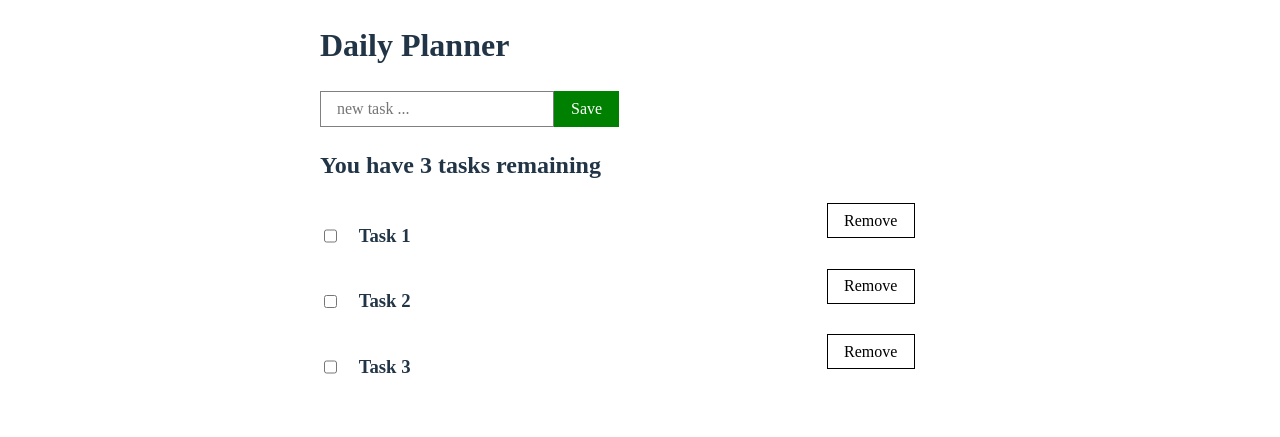
Repository: SamanthaYan298/my_planner
Page: /
The author's editor kept a copy of each file at every save. The page is drawn from the files as they stood at one save, then again after the next save.
The browser window is 1280 px wide. The pictures show the whole page.
The project was rebuilt for these pictures with package versions that can differ from the ones it lists, and the page was loaded fresh each time. Also part of the build but not shown: vite.config.js.

Above is the page before, as saved 2024-10-08 00:55:23.

### src/App.jsx
import { useState } from 'react'
import './App.css'

const data = [
  {
    id: 1,
    title: 'Task 1',
    checked: false
  },
  {
    id: 2,
    title: 'Task 2',
    checked: false
  },
  {
    id: 3,
    title: 'Task 3',
    checked: false // set default display as none
  }
]

function App() {

  const [tasks, setTasks] = useState(""); // hold the current list of tasks and update the tasks.
  const [addTask, setAddTask] = useState(data);
  const currentTasks = addTask.filter(task => !task.checked).length;

  function handleChange(e) {
    setTasks(e.target.value);
  }

  function handleAddTask(e) {
    e.preventDefault();
    // helps ensure that users only add text-format tasks, not whitespace.
    if(tasks.trim()) {
      setAddTask([...addTask, {id: addTask.length + 1, title: tasks}]);
      setTasks(''); // clear the input after adding new tasks.
    }
  }

  function handleDelete(taskId) {
    setAddTask(addTask.filter(task => task.id !== taskId)); // filter tasks by their Ids.
  }

  function toggleChecked(id) {
    setAddTask(addTask.map(task =>
      task.id === id ? {...task, checked: !task.checked} : task
    ));
  }

  return (
    <>
      <div className='main'>
        <h1>Daily Planner</h1>

        {/* form */}
        <form onSubmit={handleAddTask}>
          <input
            type="text"
            className='form-input'
            placeholder='new task ...'
            value={tasks}
            onChange={handleChange}
          />
          <button className='form-btn'>Save</button>
        </form>

        <h2>You have {currentTasks} tasks remaining</h2>

        {/* task list */}
        <div>
          {addTask.map(task => (
            <div className='task-list' key={task.id}>
              <input
                type="checkbox"
                checked={task.checked}
                onChange={() => toggleChecked(task.id)}
              />
              <h3 className={task.checked ? 'checked' : ''}>{task.title}</h3>
              <button className='task-btn' onClick={() => handleDelete(task.id)}>Remove</button>
          </div>
          ))}
        </div>

      </div>
    </>
  )
}

export default App

### src/index.css
:root {
  font-family: Inter, system-ui, Avenir, Helvetica, Arial, sans-serif;
  line-height: 1.5;
  font-weight: 400;

  color-scheme: light dark;
  color: rgba(255, 255, 255, 0.87);
  background-color: #242424;

  font-synthesis: none;
  text-rendering: optimizeLegibility;
  -webkit-font-smoothing: antialiased;
  -moz-osx-font-smoothing: grayscale;
}

a {
  font-weight: 500;
  color: #646cff;
  text-decoration: inherit;
}
a:hover {
  color: #535bf2;
}

body {
  margin: 0;
  display: flex;
  flex-direction: column;
  align-items: flex-start;
  justify-content: flex-start;
  min-width: 320px;
  min-height: 100vh;
  padding-top: 0;
  text-align: left;
  left: 0;
}


/* h1 {
  font-size: 3.2em;
  line-height: 1.1;
} */

/* button {
  border-radius: 8px;
  border: 1px solid transparent;
  padding: 0.6em 1.2em;
  font-size: 1em;
  font-weight: 500;
  font-family: inherit;
  background-color: #1a1a1a;
  cursor: pointer;
  transition: border-color 0.25s;
}
button:hover {
  border-color: #646cff;
}
button:focus,
button:focus-visible {
  outline: 4px auto -webkit-focus-ring-color;
} */

@media (prefers-color-scheme: light) {
  :root {
    color: #213547;
    background-color: #ffffff;
  }
  a:hover {
    color: #747bff;
  }
  button {
    background-color: #f9f9f9;
  }
}

### src/App.css
#root {
  max-width: 100%;
  margin-left: 20em;
  padding: 0;
  top: 0;
  font-family: "Playfair Display", serif;
}

.main {
  text-align: left;
}

.task-list {
  display: flex;
  flex-direction: row;
}

.form-btn {
  background-color: green;
  border: 1px solid green;
  color: white;
  padding: 0.5em 1em;
  font-family: "Playfair Display", serif;
  font-size: 1em;
}

.task-btn {
  border: 1px solid;
  background-color: white;
  width: 5.5em;
  height: 2.2em;
  font-family: "Playfair Display", serif;
  font-size: 1em;
  cursor: pointer;
}

.form-input {
  padding: 0.5em 1em;
  border: 1px solid;
  height: 1.15em;
  font-family: "Playfair Display", serif;
  color: grey;
  font-size: 1em;
}

div h3 {
  margin-left: 1em;
  min-width: 25em;
}

.checked {
  color: grey;
  text-decoration: line-through;
}

Loaded but not shown: index.html (common file); src/main.jsx (common file)

After the next save:
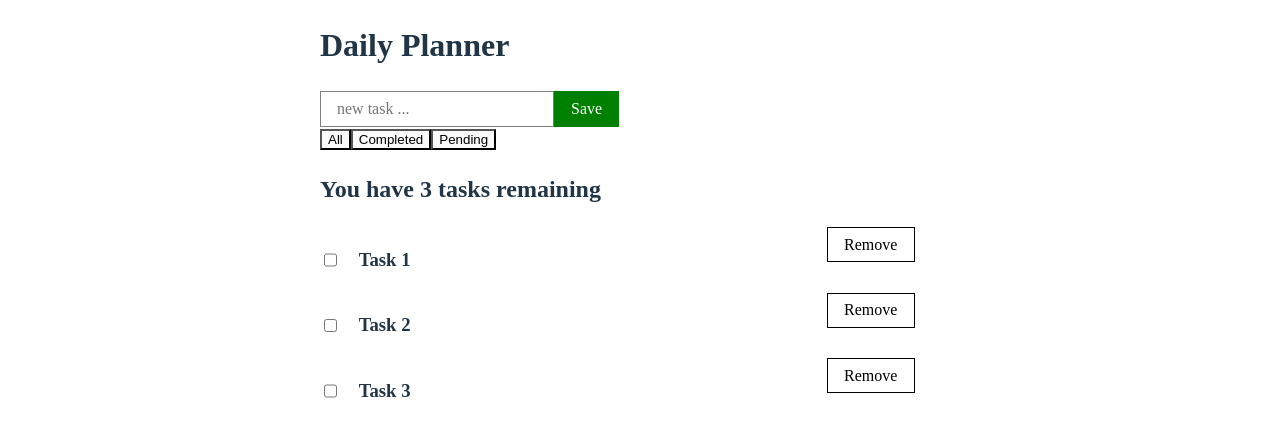
Saved 16 days later.
--- a/src/App.jsx
+++ b/src/App.jsx
@@ -65,6 +65,12 @@
           <button className='form-btn'>Save</button>
         </form>
 
+        <div>
+          <button>All</button>
+          <button>Completed</button>
+          <button>Pending</button>
+        </div>
+
         <h2>You have {currentTasks} tasks remaining</h2>
 
         {/* task list */}
